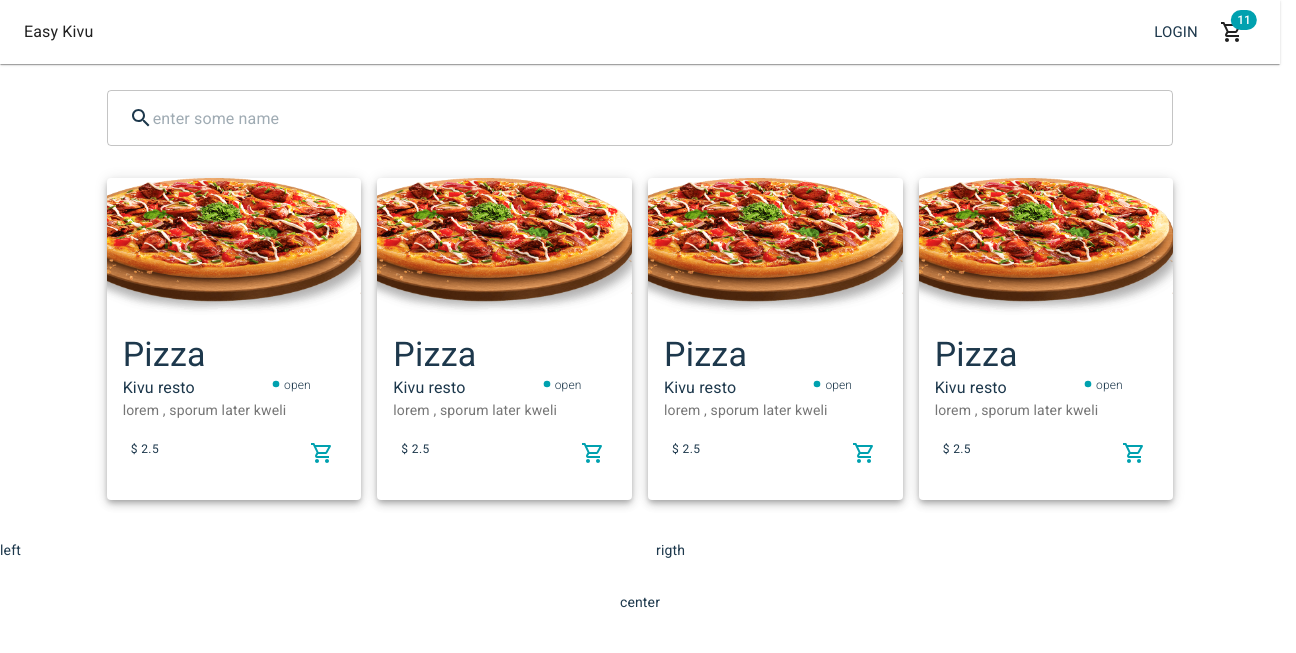
Repository: kilamaelie/jokes-dapp
Page: /
The author's editor kept a copy of each file at every save. The page is drawn from the files as they stood at one save, then again after the next save.
The browser window is 1280 px wide. The page is 1296 px wide, so the pictures cover 1296 px, including what lies to the right of the window. The pictures show the whole page.
The project was rebuilt for these pictures with package versions that can differ from the ones it lists, and the page was loaded fresh each time. Also part of the build but not shown: src/ui/page/dashboard/dashboard.js.

Above is the page before, as saved 2021-06-28 09:39:16.

After the next save:
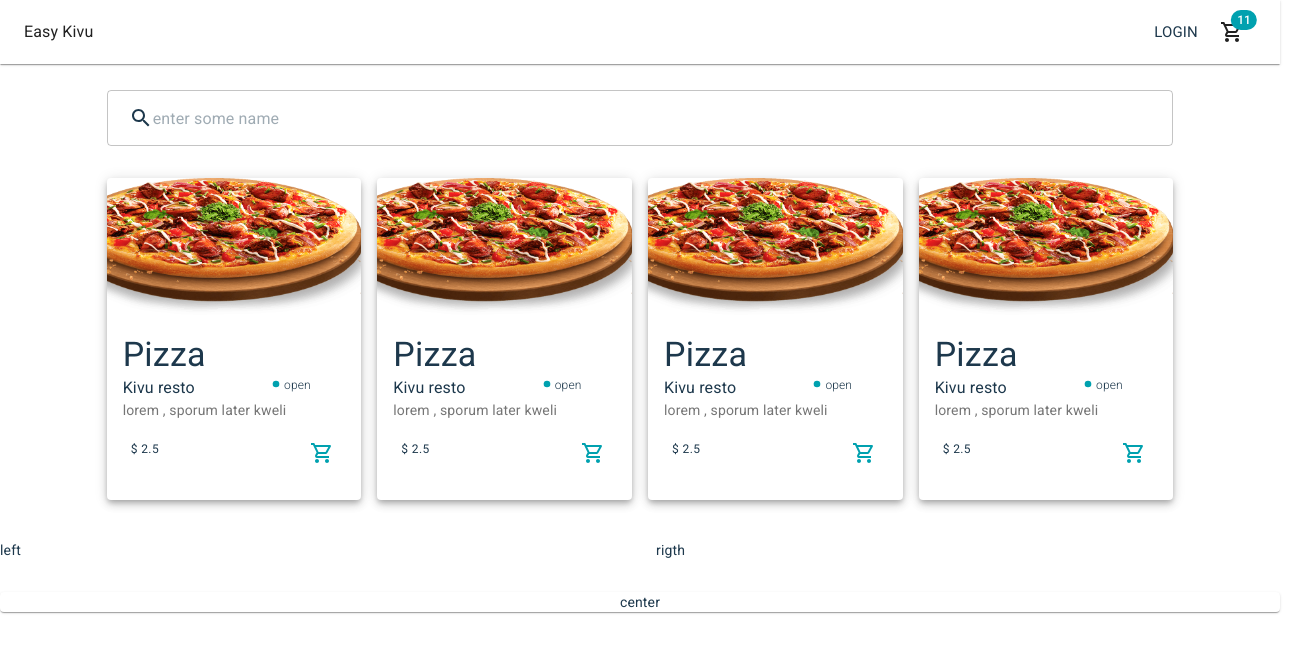
Saved 100 s later.
--- a/src/ui/widget/footer.js
+++ b/src/ui/widget/footer.js
@@ -1,5 +1,5 @@
 import React from 'react'
-import {Grid} from '@material-ui/core'
+import {Grid,Paper} from '@material-ui/core'
 
 
 const Footer=()=>{
@@ -12,9 +12,11 @@ const Footer=()=>{
                 </Grid>
             </Grid>
             <Grid item xs={12} sm={12} md={12} lg={12} xl={12}>
+               <Paper>
                 <Grid container justify='center' alignItems='center'>
-                    <Grid item>center</Grid>
-                </Grid>
+                        <Grid item>center</Grid>
+                    </Grid>
+               </Paper>
             </Grid>
         </Grid>
     )
